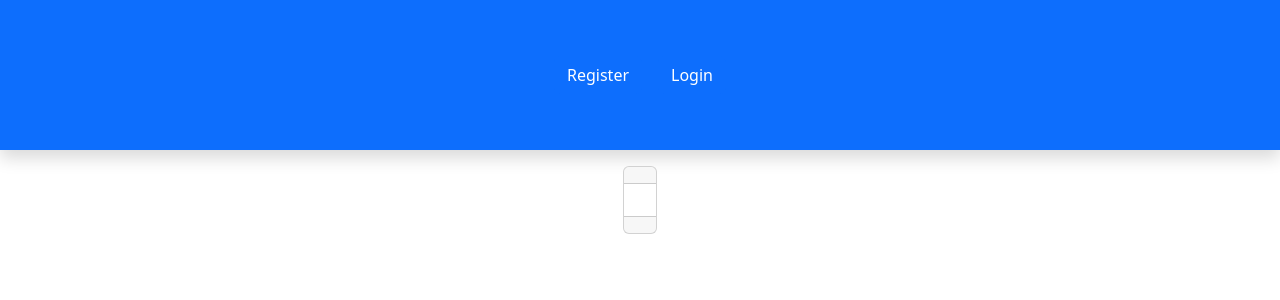
Repository: loveleii/firebase-login-logout
Page: /
The author's editor kept a copy of each file at every save. The page is drawn from the files as they stood at one save, then again after a run of saves.
The browser window is 1280 px wide. The pictures show the whole page.
The project was rebuilt for these pictures with package versions that can differ from the ones it lists, and the page was loaded fresh each time. Also part of the build but not shown: vite.config.ts, src/views/loginView.vue, src/assets/main.css.

Above is the page before, as saved 2023-03-04 19:31:31.

### src/main.js
import { createApp } from 'vue'
import { createPinia } from 'pinia'

import App from './App.vue'
import router from './router'
import "bootstrap/dist/css/bootstrap.min.css"
import bootstrap from "bootstrap/dist/js/bootstrap.bundle.js"

import './assets/main.css'

const app = createApp(App)

app.use(createPinia())
app.use(router)

app.mount('#app')

### src/App.vue
<script setup lang="ts">
import { RouterLink, RouterView } from 'vue-router'

</script>

<template>
  <div>
        <header class="bg-primary p-5 shadow">
            <div class="container_header">
                <div class="d-flex">
                    <RouterLink to="/" style="text-decoration: none;"><text class="text-white m-2 btn btn-primary">Register</text></RouterLink>
                    <RouterLink to="/login" style="text-decoration: none;"><text class="text-white m-2 btn btn-primary">Login</text></RouterLink>
                </div>
            </div>
        </header>
    </div>
    <div class="center_container m-3 rounded text-center">
      <RouterView />
    </div>

</template>

<style>
.container_header{
  display: grid;
  place-content: center;
}
.center_container{
  display: grid;
  place-content: center;
}

</style>

### src/router/index.js
import { createRouter, createWebHistory } from 'vue-router'
import registerView from '../views/registerView.vue'
import loginView from '../views/loginView.vue'

const router = createRouter({
  history: createWebHistory(import.meta.env.BASE_URL),
  routes: [
    {
      path: '/',
      name: 'reg',
      component: registerView
    },
    {
      path: '/login',
      name: 'log',
      component: loginView
    },

  ]
})

export default router

### src/views/registerView.vue
<template>
    <div class="card">
        <div class="card-header">

        </div>
        <div class="card-body">

        </div>
        <div class="card-footer">

        </div>
    </div>
</template>

<script>


</script>

Loaded but not shown: index.html (common file)

After the next 3 saves:
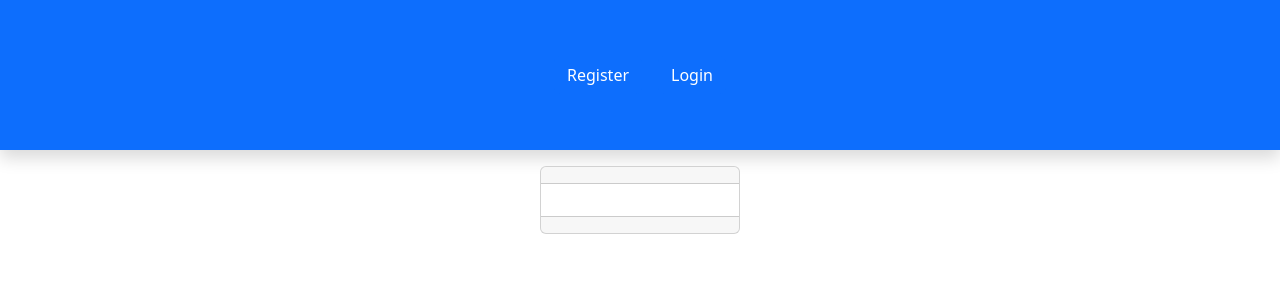
The 3 saves are shown as one change because they came seconds apart.
The last was saved 27 s later.
--- a/src/views/registerView.vue
+++ b/src/views/registerView.vue
@@ -16,3 +16,8 @@
 
 
 </script>
+<style>
+.card{
+    width: 200px;
+}
+</style>
